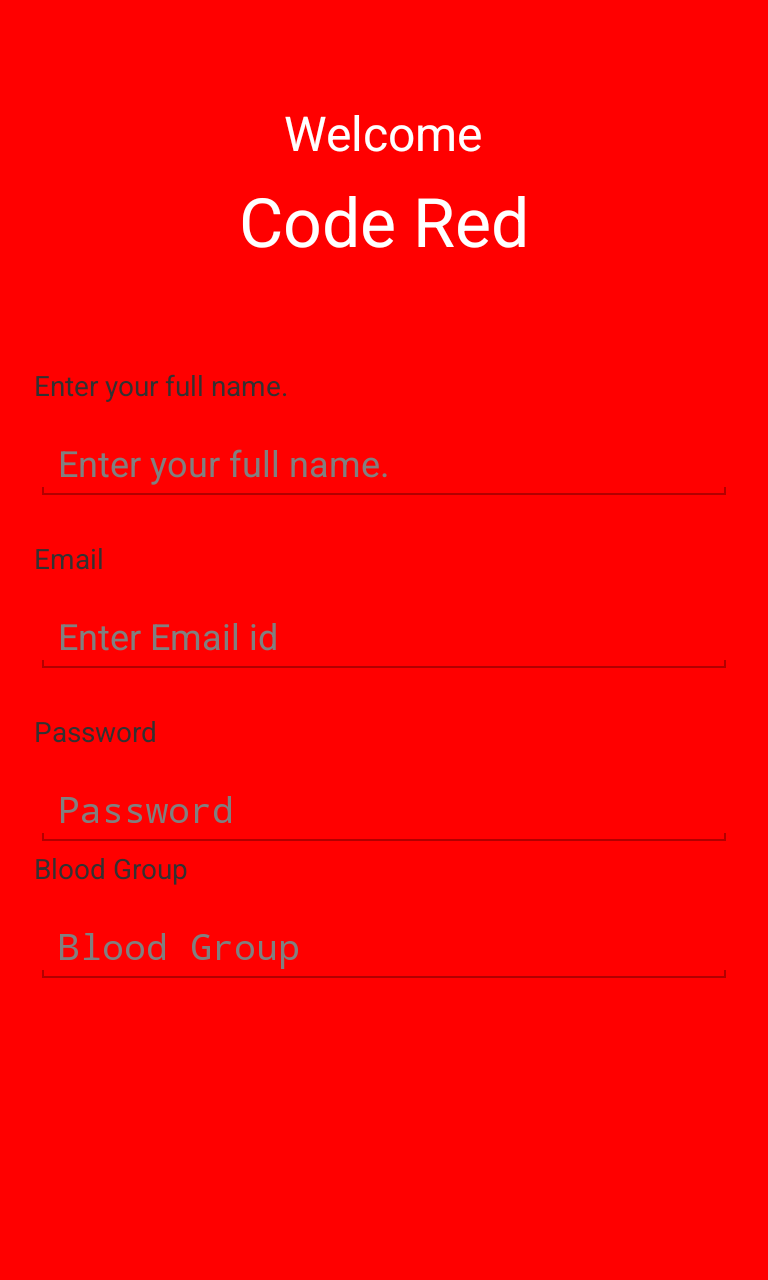
Repository: coderedteam/codered
Layout: AndroidSourceCode/CodeRed/res/layout/activity_registeration.xml
The author's editor kept a copy of each file at every save. The layout is drawn from the files as they stood at one save, then again after the next save.
It is drawn on a 768 x 1280 px phone screen (xhdpi) without system bars, with theme AppTheme; the app's code is not run.

Above is the layout before, as saved 2014-11-27 10:59:18.

### AndroidSourceCode/CodeRed/res/layout/activity_registeration.xml
<LinearLayout xmlns:android="http://schemas.android.com/apk/res/android"
    xmlns:tools="http://schemas.android.com/tools"
    android:layout_width="match_parent"
    android:layout_height="match_parent"
    android:background="@color/red"
    android:orientation="vertical"
    tools:context="${relativePackage}.${activityClass}" >

    <LinearLayout
        android:layout_width="match_parent"
        android:layout_height="wrap_content"
        android:layout_marginBottom="50dip"
        android:gravity="top"
        android:orientation="vertical" >

        <TextView
            android:id="@+id/txtWelcome"
            android:layout_width="wrap_content"
            android:layout_height="wrap_content"
            android:layout_gravity="center_horizontal"
            android:layout_marginTop="50dip"
            android:text="@string/lblWelcome"
            android:textColor="@color/white"
            android:textSize="24sp" />

        <TextView
            android:id="@+id/txtMoonshot"
            android:layout_width="wrap_content"
            android:layout_height="wrap_content"
            android:layout_gravity="center_horizontal"
            android:layout_marginTop="5dip"
            android:text="@string/app_name"
            android:textColor="@color/white"
            android:textSize="34sp" />
    </LinearLayout>

    <LinearLayout
        android:id="@+id/layoutLogin"
        android:layout_width="match_parent"
        android:layout_height="wrap_content"
        android:layout_marginLeft="@dimen/login_container_screen_margin"
        android:layout_marginRight="@dimen/login_container_screen_margin"
        android:orientation="vertical" >

        <TextView
            android:id="@+id/lblName"
            android:layout_width="match_parent"
            android:layout_height="wrap_content"
            android:paddingBottom="@dimen/margin_small_layout"
            android:text="@string/txtName" />

        <EditText
            android:id="@+id/txtName"
            android:layout_width="match_parent"
            android:layout_height="wrap_content"
            android:layout_marginBottom="@dimen/edit_view_gap_margin"
            android:hint="@string/txtName"
            android:inputType="textEmailAddress" >
        </EditText>

        <TextView
            android:id="@+id/lblEmail"
            android:layout_width="match_parent"
            android:layout_height="wrap_content"
            android:paddingBottom="@dimen/margin_small_layout"
            android:text="@string/lblEmail" />

        <EditText
            android:id="@+id/txtUsername"
            android:layout_width="match_parent"
            android:layout_height="wrap_content"
            android:layout_marginBottom="@dimen/edit_view_gap_margin"
            android:hint="@string/txtDefaultEmail"
            android:inputType="textEmailAddress" >
        </EditText>

        <TextView
            android:id="@+id/lblPswd"
            android:layout_width="match_parent"
            android:layout_height="wrap_content"
            android:paddingBottom="10dip"
            android:text="@string/lblPswd" />

        <EditText
            android:id="@+id/txtPassword"
            android:layout_width="match_parent"
            android:layout_height="wrap_content"
            android:hint="@string/txtDefaultPswd"
            android:inputType="textPassword" >
        </EditText>

        <TextView
            android:id="@+id/lblBloodGroup"
            android:layout_width="match_parent"
            android:layout_height="wrap_content"
            android:paddingBottom="10dip"
            android:text="@string/txtBloodGroup" />

        <EditText
            android:id="@+id/txtBloodGroup"
            android:layout_width="match_parent"
            android:layout_height="wrap_content"
            android:hint="@string/txtBloodGroup"
            android:inputType="textPassword" >
        </EditText>
    </LinearLayout>

### AndroidSourceCode/CodeRed/res/values/colors.xml
<?xml version="1.0" encoding="utf-8"?>
<resources>

    <item name="blue" type="color">#0b2265</item>
    <item name="white" type="color">#FFFFFF</item>
    <item name="black" type="color">#000000</item>
    <item name="red" type="color">#FF0000</item>
    <item name="grey" type="color">#C0C0C0</item>
    <item name="transparent" type="color">#00000000</item>
    <item name="rowTextColor" type="color">#003478</item>
    <item name="btnBgColor" type="color">#b6bf00</item>
    <item name="tabBgColor" type="color">#bcdee3</item>
    <item name="darkAqua" type="color">#39919A</item>
    <item name="circle_inner_color" type="color">#0066a1</item>
    <item name="circle_outer_color" type="color">#9ACDD4</item>
    <item name="health_score_color" type="color">#252525</item>
    <item name="rowTextColorWithOpacity" type="color">#66003478</item>
    <item name="whiteWithOpacity" type="color">#77FFFFFF</item>
    <item name="whiteWithOpacity20" type="color">#33FFFFFF</item>
    <item name="navigationDrawerFontColor" type="color">#B3C8E6</item>
    <item name="bottom_bg_color" type="color">#53797d</item>

    <color name="manual_entry_circle_bg_blue">#0066A1</color>
    <color name="manual_entry_circle_bg_gray_transparent">#FFFFFF</color>

    <item name="redwithOpacity" type="color">#DDFFFFFF</item>

</resources>

### AndroidSourceCode/CodeRed/res/values/strings.xml
<?xml version="1.0" encoding="UTF-8" standalone="no"?>
<resources>

    <string name="app_name">Code Red</string>
    <string name="lblWelcome">Welcome</string>
    <string name="lblEmail">Email</string>
    <string name="txtDefaultEmail">Enter Email id</string>
    <string name="lblPswd">Password</string>
    <string name="txtDefaultPswd">Password</string>
    <string name="txtBtnSignIn">Sign In</string>
    <string name="txtBtnCreateNewAccount">Create new account</string>
    <string name="txtInternetConnectionNotPresent">Internet connection not present</string>
    <string name="dlgMsgLoginSuccess">Login in progress</string>
    <string name="txtNetworkError">Network error. Please check your internet connection</string>
    <string name="txtUnknownError">Unknown error.</string>
    <string name="txtServerError">Illegal server response.</string>
    <string name="txtName">Enter your full name.</string>
    <string name="txtBloodGroup">Blood Group</string>





</resources>

### AndroidSourceCode/CodeRed/res/values/dimen.xml
<?xml version="1.0" encoding="utf-8"?>
<resources>

    <dimen name="login_container_screen_margin">17dp</dimen>
    <dimen name="margin_small_layout">10dip</dimen>
    <dimen name="edit_view_gap_margin">18dp</dimen>
    <dimen name="edit_left_margin">70dp</dimen>
    <dimen name="edit_right_margin">70dp</dimen>
    <dimen name="edit_left_padding">40dp</dimen>
    <dimen name="edit_right_padding">10dp</dimen>
    <dimen name="edit_bottom_padding">5dp</dimen>
    <dimen name="edit_top_padding">5dp</dimen>
    <dimen name="edit_text_size">16sp</dimen>

</resources>

Loaded but not shown: AndroidSourceCode/CodeRed/res/values/styles.xml (common file); AndroidSourceCode/CodeRed/res/values-v11/styles.xml (common file); AndroidSourceCode/CodeRed/res/values-v14/styles.xml (common file)

After the next save:
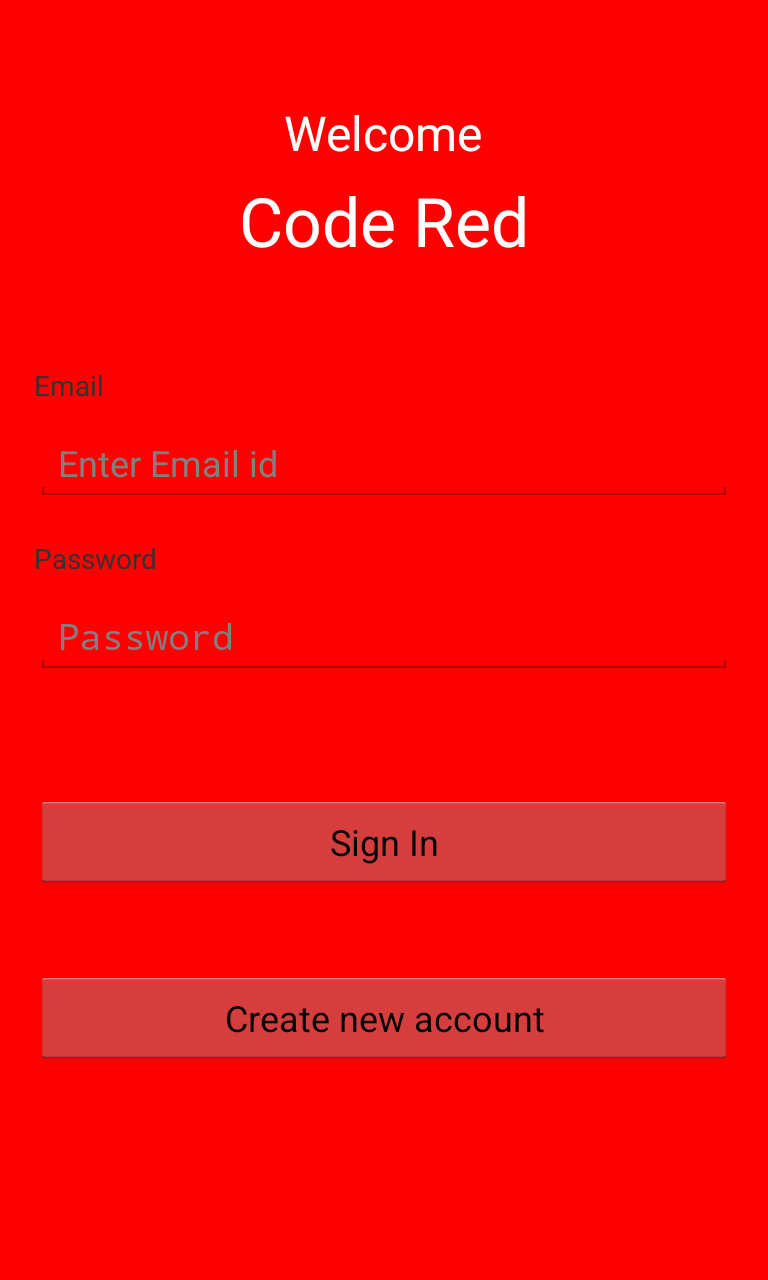
Saved 8 s later.
--- a/AndroidSourceCode/CodeRed/res/layout/activity_registeration.xml
+++ b/AndroidSourceCode/CodeRed/res/layout/activity_registeration.xml
@@ -43,22 +43,6 @@
         android:orientation="vertical" >
 
         <TextView
-            android:id="@+id/lblName"
-            android:layout_width="match_parent"
-            android:layout_height="wrap_content"
-            android:paddingBottom="@dimen/margin_small_layout"
-            android:text="@string/txtName" />
-
-        <EditText
-            android:id="@+id/txtName"
-            android:layout_width="match_parent"
-            android:layout_height="wrap_content"
-            android:layout_marginBottom="@dimen/edit_view_gap_margin"
-            android:hint="@string/txtName"
-            android:inputType="textEmailAddress" >
-        </EditText>
-
-        <TextView
             android:id="@+id/lblEmail"
             android:layout_width="match_parent"
             android:layout_height="wrap_content"
@@ -90,17 +74,41 @@
         </EditText>
 
         <TextView
-            android:id="@+id/lblBloodGroup"
+            android:id="@+id/txtForgotPswd"
             android:layout_width="match_parent"
             android:layout_height="wrap_content"
-            android:paddingBottom="10dip"
-            android:text="@string/txtBloodGroup" />
+            android:layout_marginBottom="20dip"
+            android:layout_marginTop="20dip" />
 
-        <EditText
-            android:id="@+id/txtBloodGroup"
+        <LinearLayout
+            android:id="@+id/layoutButton"
             android:layout_width="match_parent"
             android:layout_height="wrap_content"
-            android:hint="@string/txtBloodGroup"
-            android:inputType="textPassword" >
-        </EditText>
+            android:orientation="vertical" >
+
+            <Button
+                android:id="@+id/btnSignIn"
+                android:layout_width="match_parent"
+                android:layout_height="wrap_content"
+                android:contentDescription="@string/txtBtnSignIn"
+                android:text="@string/txtBtnSignIn" />
+
+            <LinearLayout
+                android:id="@+id/layoutSeperator"
+                android:layout_width="match_parent"
+                android:layout_height="wrap_content"
+                android:layout_marginBottom="20dp"
+                android:layout_marginTop="20dip"
+                android:orientation="horizontal" >
+            </LinearLayout>
+
+            <Button
+                android:id="@+id/btnNewAccount"
+                android:layout_width="match_parent"
+                android:layout_height="wrap_content"
+                android:contentDescription="@string/txtBtnCreateNewAccount"
+                android:text="@string/txtBtnCreateNewAccount" />
+        </LinearLayout>
     </LinearLayout>
+
+</LinearLayout>
